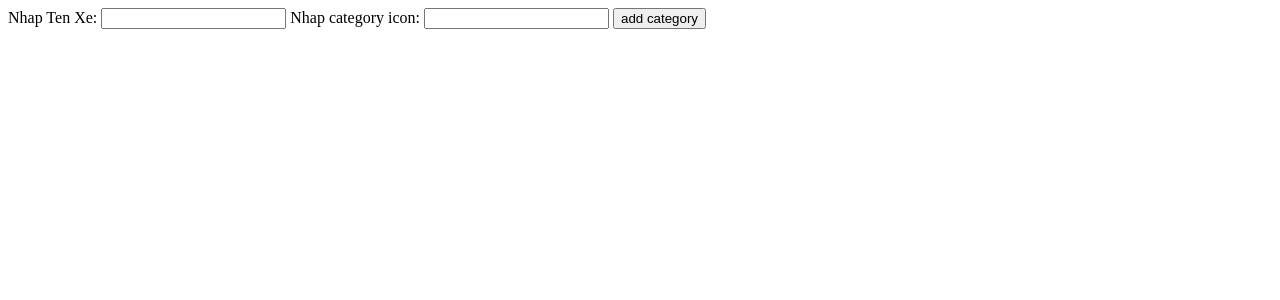
Repository: vule2809/LTW-20146307
Page: http://localhost/A-banxemay/views/product/addProduct.jsp
An editor plug-in stored every save of this project. The page is shown before and after the next save, followed by the edit.
The browser window is 1280 px wide. The pictures show the whole page.
The page is served by Tomcat 9. Nobody is signed in. The application's start-up code is not run. Other server files are loaded and not shown.

Above is the page before, as saved 2023-12-05 05:46:52.

### A-banxemay/src/main/webapp/views/product/addProduct.jsp
<%@ page language="java" contentType="text/html; charset=UTF-8"
	pageEncoding="UTF-8"%>
<%@ taglib uri="http://java.sun.com/jsp/jstl/core" prefix="c"%>
<!DOCTYPE html>
<html>
<head>
<meta charset="UTF-8">
<title>Insert title here</title>
</head>
<body>
	<form action="add" method="post">
		<label>Nhap Ten Xe:</label> <input type="text" name="ProductName">
		<label>Nhap category icon:</label> <input type="text" name="images">
		<input type="submit" value="add category">

	</form>

</body>
</html>

After the next save:
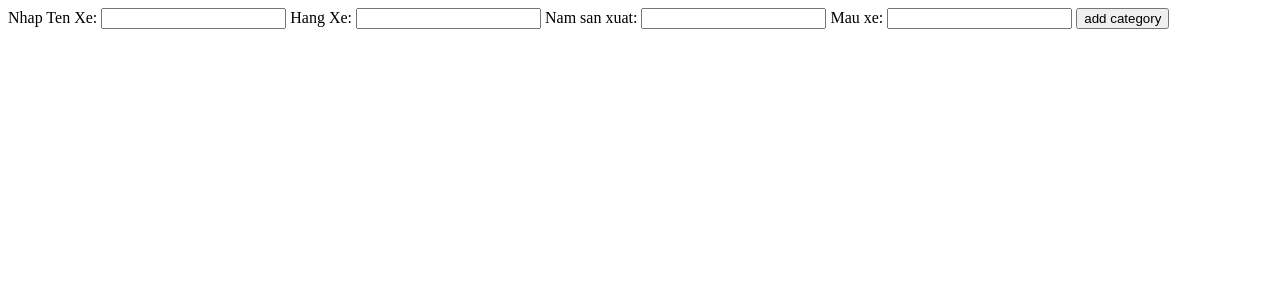
Saved 104 s later.
--- a/A-banxemay/src/main/webapp/views/product/addProduct.jsp
+++ b/A-banxemay/src/main/webapp/views/product/addProduct.jsp
@@ -10,7 +10,9 @@
 <body>
 	<form action="add" method="post">
 		<label>Nhap Ten Xe:</label> <input type="text" name="ProductName">
-		<label>Nhap category icon:</label> <input type="text" name="images">
+		<label>Hang Xe:</label> <input type="text" name="Brand">
+		<label>Nam san xuat:</label> <input type="text" name="Year">
+		<label>Mau xe:</label> <input type="text" name="Brand">
 		<input type="submit" value="add category">
 
 	</form>
